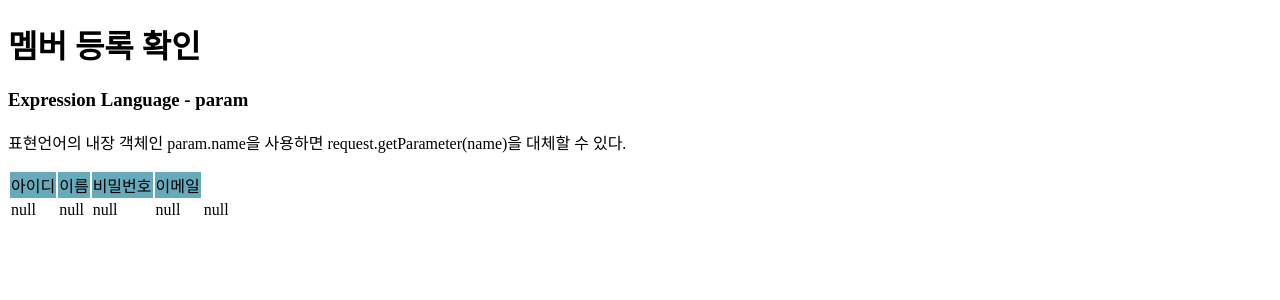
Repository: jsb5589/JAVAStudy
Page: http://localhost/JSP04/members/member5.jsp
The author's editor kept a copy of each file at every save. The page is drawn from the files as they stood at one save, then again after the next save.
The browser window is 1280 px wide. The pictures show the whole page.
The page is served by Tomcat 9. The template is opened directly, without the code that normally fills it, so the values that code supplies are empty.

Above is the page before, as saved 2021-08-12 07:41:30.

After the next save:
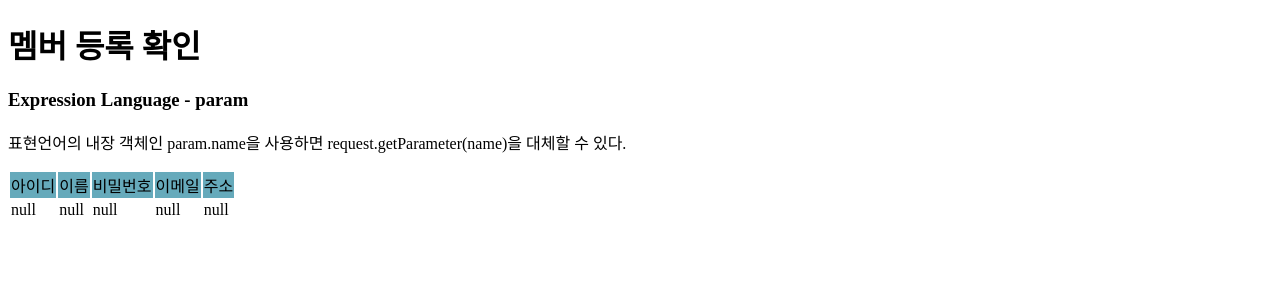
Saved 7 s later.
--- a/EZWebs/JSP04/src/main/webapp/members/member5.jsp
+++ b/EZWebs/JSP04/src/main/webapp/members/member5.jsp
@@ -28,6 +28,7 @@
 			<td>이름</td>
 			<td>비밀번호</td>
 			<td>이메일</td>
+			<td>주소</td>
 		</tr>
 		<tr>
 			<td><%=mid%></td>
